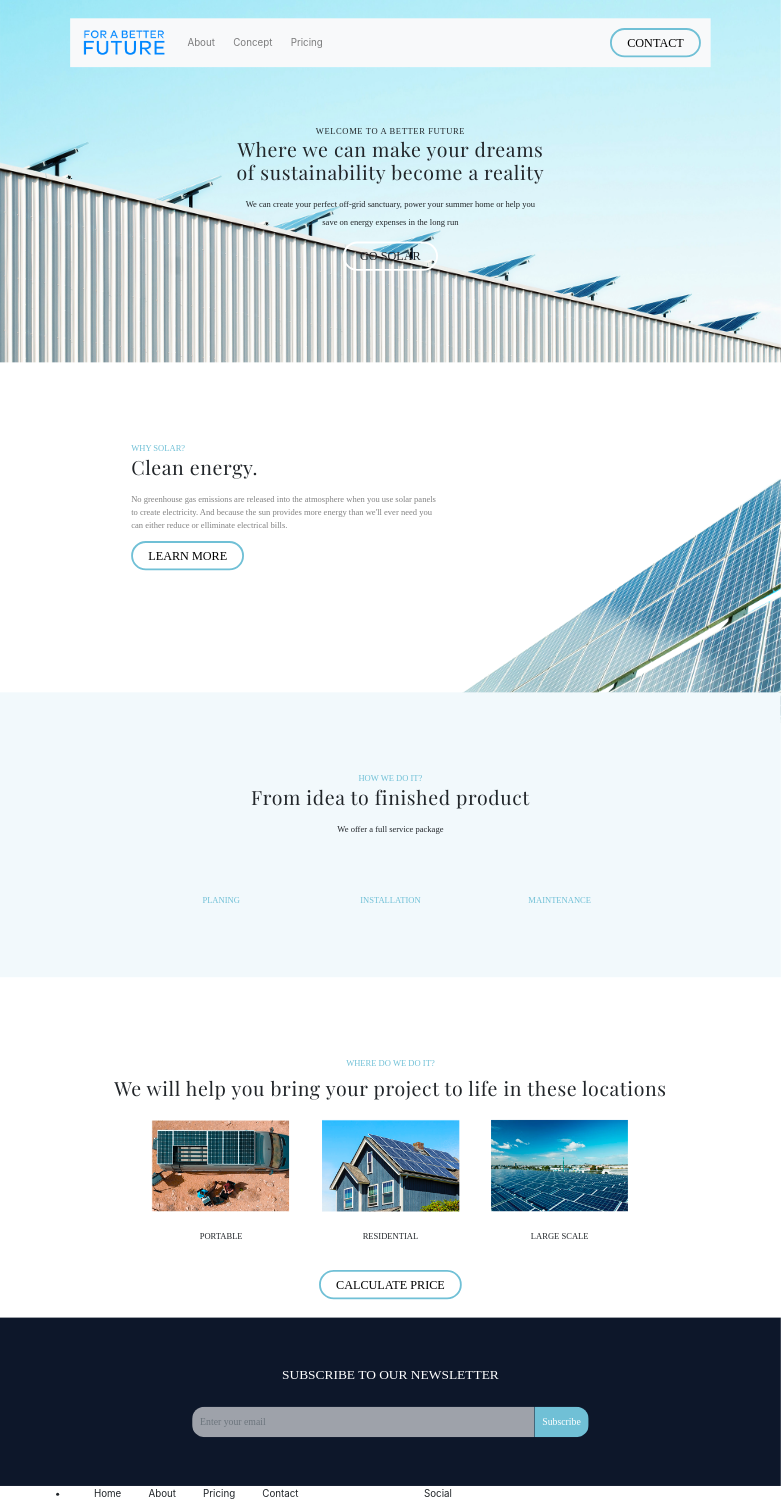
Repository: sabinemm/fabf
Page: index.html
The author's editor kept a record of every edit. The page is drawn from the files as they stood at one moment, then again after the next edit.
The browser window is 1280 px wide. The pictures show the whole page, at 61% of full size.
Backgrounds fixed to the window are drawn as part of the page. Some web fonts or font styles are not loaded; a fallback is used. Some web libraries are served in a nearby version.

Above is the page before.
Console error (its wording comes from the project's code and is left out).

### index.html
<!DOCTYPE html>
<html lang="en">

<head>
    <meta charset="UTF-8">
    <meta name="viewport" content="width=device-width, initial-scale=1.0">
    <meta http-equiv="X-UA-Compatible" content="ie=edge">
    <link rel="stylesheet" href="style.css" type="text/css" />
    <link rel="stylesheet" href="https://stackpath.bootstrapcdn.com/bootstrap/4.3.1/css/bootstrap.min.css" integrity="sha384-ggOyR0iXCbMQv3Xipma34MD+dH/1fQ784/j6cY/iJTQUOhcWr7x9JvoRxT2MZw1T" crossorigin="anonymous">
    <link rel="stylesheet" media="screen" href="https://fontlibrary.org/face/roundo" type="text/css" />
    <link rel="stylesheet" media="screen" href="https://fontlibrary.org/face/source-sans-pro" type="text/css" />
    <link href="https://fonts.googleapis.com/css?family=Playfair+Display&display=swap" rel="stylesheet">
    <script src="//maxcdn.bootstrapcdn.com/bootstrap/3.3.0/js/bootstrap.min.js"></script>
    <script src="//code.jquery.com/jquery-1.11.1.min.js"></script>

    <title>FOR A BETTER FUTURE</title>
</head>

<body>

    <!–-----– NAVBAR ------->

    <div class="container">
        <nav class="navbar navbar-fixed-top navbar-expand-lg navbar-light bg-light">
            <a class="navbar-brand" href="#">
          <img src="img/logo.svg" height="50px"alt="logo">
        </a>
            <button class="navbar-toggler" type="button" data-toggle="collapse" data-target="#navbarText" aria-controls="navbarText" aria-expanded="false" aria-label="Toggle navigation">
    <span class="navbar-toggler-icon"></span>
  </button>
            <div class="collapse navbar-collapse justify-content-center" id="navbarText">
                <ul class="navbar-nav mr-auto">
                    <li class="nav-item">
                        <a class="nav-link" href="#">About</a>
                    </li>
                    <li class="nav-item">
                        <a class="nav-link" href="#">Concept</a>
                    </li>
                    <li class="nav-item">
                        <a class="nav-link" href="#">Pricing</a>
                    </li>
                </ul>
                <span class="navbar-text">
          <button type="button" class="btn btn-blue-border">CONTACT</button>
    </span>
            </div>
        </nav>
    </div>

    <!–-----– FIRST SECTION ------->

    <section id="parallax">
        <div class="container">
            <div class="ltitle text-center">
                <p class="uppercase stitle">WELCOME TO A BETTER FUTURE</p>
                <h2> Where we can make your dreams <br> of sustainability become a reality </h2>
                <p class="tparagraph"> We can create your perfect off-grid sanctuary, power your summer home or help you <br> save on energy expenses in the long run</p>
                <button type="button" class="btn  btn-transp-white-border">GO SOLAR</button>
            </div>
        </div>
    </section>

    <!–-----– SECOND SECTION - WHY?------->

    <section id="clean">
        <div class="container container-fluid section-2">
            <div class="row">
                <div class="col col-md-6">
                    <p class="uppercase stitle stitle-blue">WHY SOLAR?</p>
                    <h2 class="ltitle ltitle2"> Clean energy.</h2>
                    <p class="tparagraph tparagraph2"> No greenhouse gas emissions are released into the atmosphere when you use solar panels to create electricity. And because the sun provides more energy than we'll ever need you can either reduce or elliminate electrical bills. </p>
                    <button type="button" class="btn btn-blue-border">LEARN MORE</button>

                </div>
            </div>

            <div class="container">
                <div class="col col-md-6 offset-md-6">
                    <img src="img/sidepanel.png" class="sidepanel"></img>
                </div>
            </div>
        </div>

    </section>

    <!–-----– THIRD SECTION - HOW? ------->

    <section id="idea">
        <div class="idea-title text-center">
            <p class="uppercase stitle stitle-blue">HOW WE DO IT?</p>
            <h2 class="ltitle ltitle2"> From idea to finished product</h2>
            <p class="tparagraph">We offer a full service package</p>

        </div>
        <div class="container container-fluid ">
            <div class="row m-auto text-center justify-content-center">
                <div class=" col-sm-3 col-md-3">
                    <div class="icons"><i class="fas fa-comments fa-2x"></i></div>
                    <p class="uppercase stitle stitle-blue stitlen">PLANING</p>
                </div>
                <div class="col-sm-3 col-md-3">
                    <div class="icon"><i class="fas fa-tools fa-2x"></i></div>
                    <p class="uppercase stitle stitle-blue stitlen">INSTALLATION</p>
                </div>
                <div class="col-sm-3 col-md-3">
                    <div class="icon"><i class="fas fa-sun fa-2x"></i></div>
                    <p class="uppercase stitle stitle-blue stitlen">MAINTENANCE</p>
                </div>
            </div>

        </div>

    </section>

    <!–-----– FOURTH SECTION - WHERE ------->

    <section id="where">
        <div class=" text-center">
            <p class="uppercase stitle stitle-blue">WHERE DO WE DO IT?</p>
            <h2 class="ltitle wheretitle">We will help you bring your project to life in these locations</h2>


        </div>
        <div class="container container-fluid ">
            <div class="row m-auto text-center justify-content-center">
                <div class=" col-sm-3 col-md-3">
                    <img class="whereimg" src="img/portable.png"></img>
                    <p class="uppercase stitle stitlen">PORTABLE</p>
                </div>
                <div class="col-sm-3 col-md-3">
                    <img class="whereimg" src="img/residential.png"></img>
                    <p class="uppercase stitle stitlen">RESIDENTIAL</p>
                </div>
                <div class="col-sm-3 col-md-3">
                    <img class="whereimg" src="img/large.png"></img>
                    <p class="uppercase stitle stitlen">LARGE SCALE</p>
                </div>
            </div>

        </div>

        <div class="container-fluid">
            <div class="row">
                <div class="col text-center">
                    <button type="button" class="btn btn-blue-border ">CALCULATE PRICE</button>
                </div>
            </div>
        </div>


    </section>

    <!–-----– FOOTER ------->

<section class="home-newsletter">
<div class="container">
<div class="row">
<div class="col-sm-12">
	<div class="single">
		<h2>Subscribe to our Newsletter</h2>
	<div class="input-group">
         <input type="email" class="form-control" placeholder="Enter your email">
         <span class="input-group-btn">
         <button class="btn btn-theme" type="submit">Subscribe</button>
         </span>
          </div>
	</div>
</div>
</div>
</div>
</section>

<section class="footer">
    <div class="container">
    <div class="row">
        <div class="col-sm-6">
         <li>
            <ul class="footer-item">Home</ul>
                        <ul class="footer-item">About</ul>
                        <ul class="footer-item">Pricing</ul>
                        <ul class="footer-item">Contact</ul>

         </li>
        </div>
        <div class="col-sm-6">
            <ul class="footer-item uppercase">Social</ul>
            </div>
        </div>
    </div>
</section>
</body>

</html>

### style.css

/*-------------------navbar------------------*/

.navbar {
    margin-top: 30px;
    margin-left: 30px;
    margin-right: 30px;

}

@media (max-width:536px) {
    .navbar {
        margin-top: 15px;
        margin-left: 10px;
        margin-right: 10px;
    }
}

/*-------------------Buttons------------------*/

.btn-transp-white-border,
.btn-transp-white-border:hover,
.btn-transp-white-border:active,
.btn-transp-white-border:visited,
.btn-transp-white-border:active:focus,
.btn-transp-white-border:focus {
    background-color: rgba(0, 0, 0, 0);
    border: solid 3px white !important;
    border-radius: 30px !important;
    color: white;
    text-align: center;
    text-decoration: none;
    display: inline-block;
    font-size: 20px !important;
    font-family: 'SourceSansProRegular';
    padding-left: 25px !important;
    padding-right: 25px !important;
}


.btn-transp-white-border:hover {
    background-color: rgba(255, 255, 255, 0.5);
    padding-left: 25px;
    padding-right: 25px;
}


.btn-blue-border,
.btn-blue-border:hover,
.btn-blue-border:active,
.btn-blue-border:visited,
.btn-blue-border:active:focus,
.btn-blue-border:focus {
    background-color: rgba(0, 0, 0, 0) !important;
    border: solid 3px rgb(112, 192, 214) !important;
    border-radius: 30px !important;
    color: black !important;
    text-align: center;
    text-decoration: none;
    display: inline-block;
    font-size: 20px !important;
    font-family: 'SourceSansProRegular';
    padding-left: 25px !important;
    padding-right: 25px!important;
}

.btn-blue-border:hover {
    background-color: rgba(112, 192, 214, 0.5) !important;
    padding-left: 25px;
    padding-right: 25px;
}


/*-------------------SECTION 1 PAGE 1------------------*/

#parallax {
    background: url(img/1page1section.jpg);
    background-attachment: fixed;
    background-position: bottom;
    background-repeat: no-repeat;
    background-size: cover;
    margin-top: -110px;
}

@media (max-width:536px) {
    #parallax {
        margin-top: -110px;
    }
}

.stitle {
    font-size: 14px;
    font-family: 'RoundoRegular';
    font-weight: 500;
    font-style: normal;
    margin-bottom: -5px;
}

.ltitle {
    padding-top: 200px;
    font-family: 'Playfair Display';
    letter-spacing: 1px;
    line-height: 30px;
    padding-bottom: 150px;
}

@media (max-width:768px) {
    .ltitle {
        padding-top: 150px;
        padding-bottom: 100px;
    }
}

.tparagraph {
    padding-top: 10px;
    font-family: 'SourceSansProRegular';
    font-weight: normal;
    font-style: normal;
    font-size: 14px;
    letter-spacing: 0;
}

@media (max-width:768px) {
    br {
        display: none !important;
        visibility: hidden;
    }
}

/*-------------------SECTION 2 PAGE 1------------------*/
#clean {
    padding-left: 0;
}
@media (min-width:768px) {
#clean {
    padding-left: 200px;
}
}


.stitle-blue {
    color:rgb(112, 192, 214);
    padding-top: 70px;

}

@media (min-width:768px) {
    .stitle-blue {
        padding-top: 130px;
    }
}

.ltitle2 {
padding-top: 10px;
padding-bottom: 10px;
}

.tparagraph2 {
    color: gray;

}

.section-2 {
  padding-bottom: 100px;
}

.sidepanel {
position:relative;
float: right;
height:400px;
margin-top: -150px;
margin-right: -45px;
z-index: -1;
}

/*-------------------SECTION 3 PAGE 1------------------*/

#idea {
    background-color: rgb(242, 249, 252);
     padding-bottom: 70px;
}

.idea-title {;
    padding-bottom: 50px;
    margin-top: 100px;
}

.stitlen {
    padding-top: 30px;
    padding-bottom: 50px;
}

/*-------------------SECTION 4 PAGE 1------------------*/

.whereimg {
    height: 150px;
}

.wheretitle {
    padding-top: 20px;
    padding-bottom: 30px;
}


#where {
    padding-bottom: 30px;
}

/*-------------------FOOTER SUBSCRIPTION BOX------------------*/

.home-newsletter {
padding: 80px 0;
background: #0D172A;
}

.home-newsletter .single {
max-width: 650px;
margin: 0 auto;
text-align: center;
position: relative;
z-index: 2;
font-family: 'SourceSansProRegular';
}

.home-newsletter .single h2 {
font-size: 22px;
color: white;
text-transform: uppercase;
margin-bottom: 40px;

}

.home-newsletter .single .form-control {
height: 50px;
background: rgba(255, 255, 255, 0.6);
border-color: transparent;
border-radius: 20px 0 0 20px;

}

.home-newsletter .single .form-control:focus {
box-shadow: none;
border-color: #243c4f;

}

.home-newsletter .single .btn {
min-height: 50px;
border-radius: 0 20px 20px 0;
background: rgb(112, 192, 214);
color: #fff;
}


/*-------------------FOOTER SOCIAL------------------*/


.footer-item {
    display: inline-block;
}

ul {
  list-style-type: none;
}

li {
    padding-left: 7px;
    padding-right: 7px;
}

After the next edit:
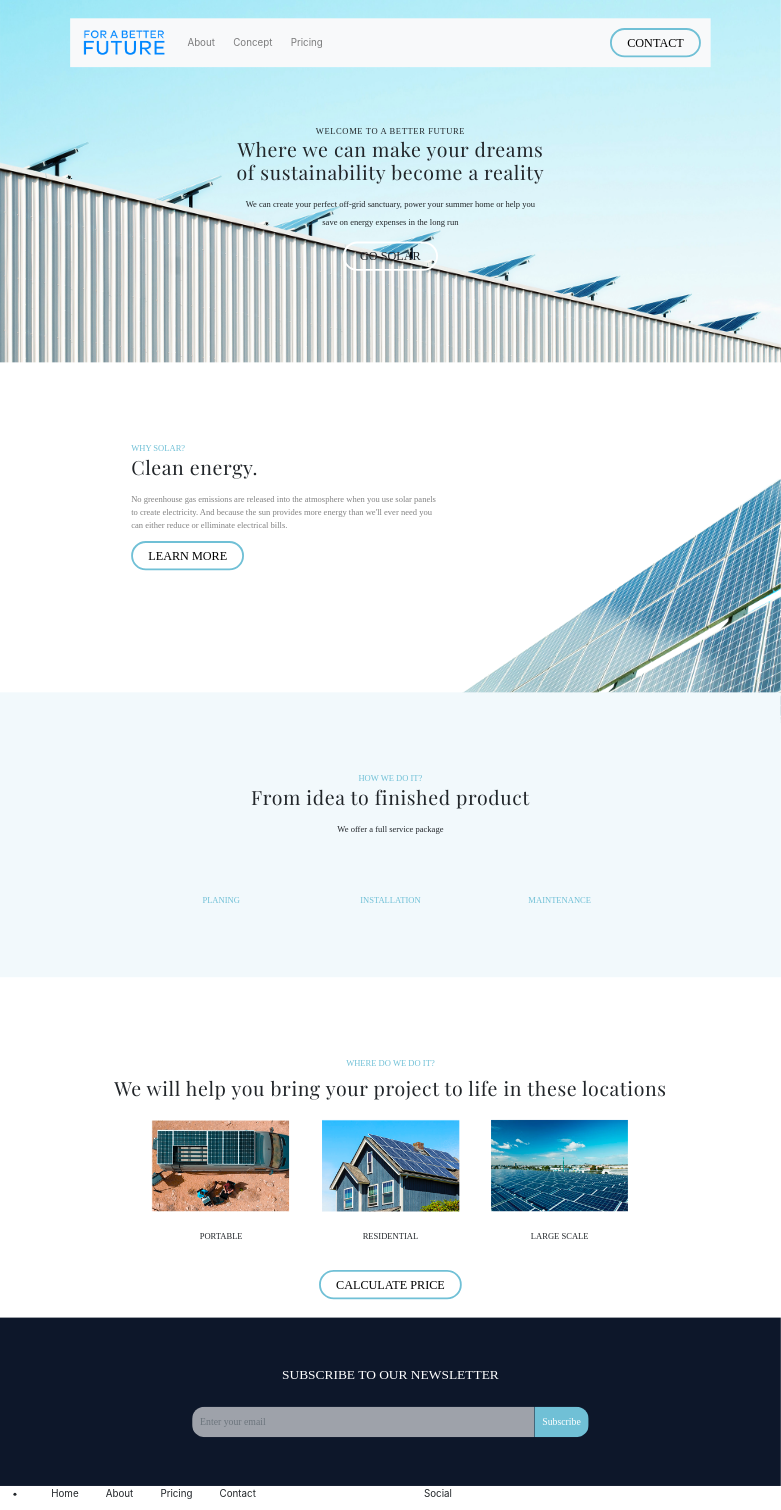
The edit:
--- a/index.html
+++ b/index.html
@@ -152,42 +152,46 @@
 
     <!–-----– FOOTER ------->
 
-<section class="home-newsletter">
-<div class="container">
-<div class="row">
-<div class="col-sm-12">
-	<div class="single">
-		<h2>Subscribe to our Newsletter</h2>
-	<div class="input-group">
-         <input type="email" class="form-control" placeholder="Enter your email">
-         <span class="input-group-btn">
+    <section class="home-newsletter">
+        <div class="container">
+            <div class="row">
+                <div class="col-sm-12">
+                    <div class="single">
+                        <h2>Subscribe to our Newsletter</h2>
+                        <div class="input-group">
+                            <input type="email" class="form-control" placeholder="Enter your email">
+                            <span class="input-group-btn">
          <button class="btn btn-theme" type="submit">Subscribe</button>
          </span>
-          </div>
-	</div>
-</div>
-</div>
-</div>
-</section>
+                        </div>
+                    </div>
+                </div>
+            </div>
+        </div>
+    </section>
 
-<section class="footer">
-    <div class="container">
-    <div class="row">
-        <div class="col-sm-6">
-         <li>
-            <ul class="footer-item">Home</ul>
+    <section class="footer">
+        <div class="container-fluid">
+            <div class="row">
+                <div class="col-sm-6">
+                    <li>
+                        <ul class="footer-item">Home</ul>
                         <ul class="footer-item">About</ul>
                         <ul class="footer-item">Pricing</ul>
                         <ul class="footer-item">Contact</ul>
 
-         </li>
-        </div>
-        <div class="col-sm-6">
-            <ul class="footer-item uppercase">Social</ul>
+                    </li>
+                </div>
+                <div class="col-sm-6">
+                    <ul class="footer-item uppercase">Social</ul>
+                    <ul class="footer-item"> </ul>
+                    <ul class="footer-item"> </ul>
+                    <ul class="footer-item"> </ul>
+                    <ul class="footer-item"> </ul>
+                </div>
             </div>
         </div>
-    </div>
-</section>
+    </section>
 </body>
 
 </html>
